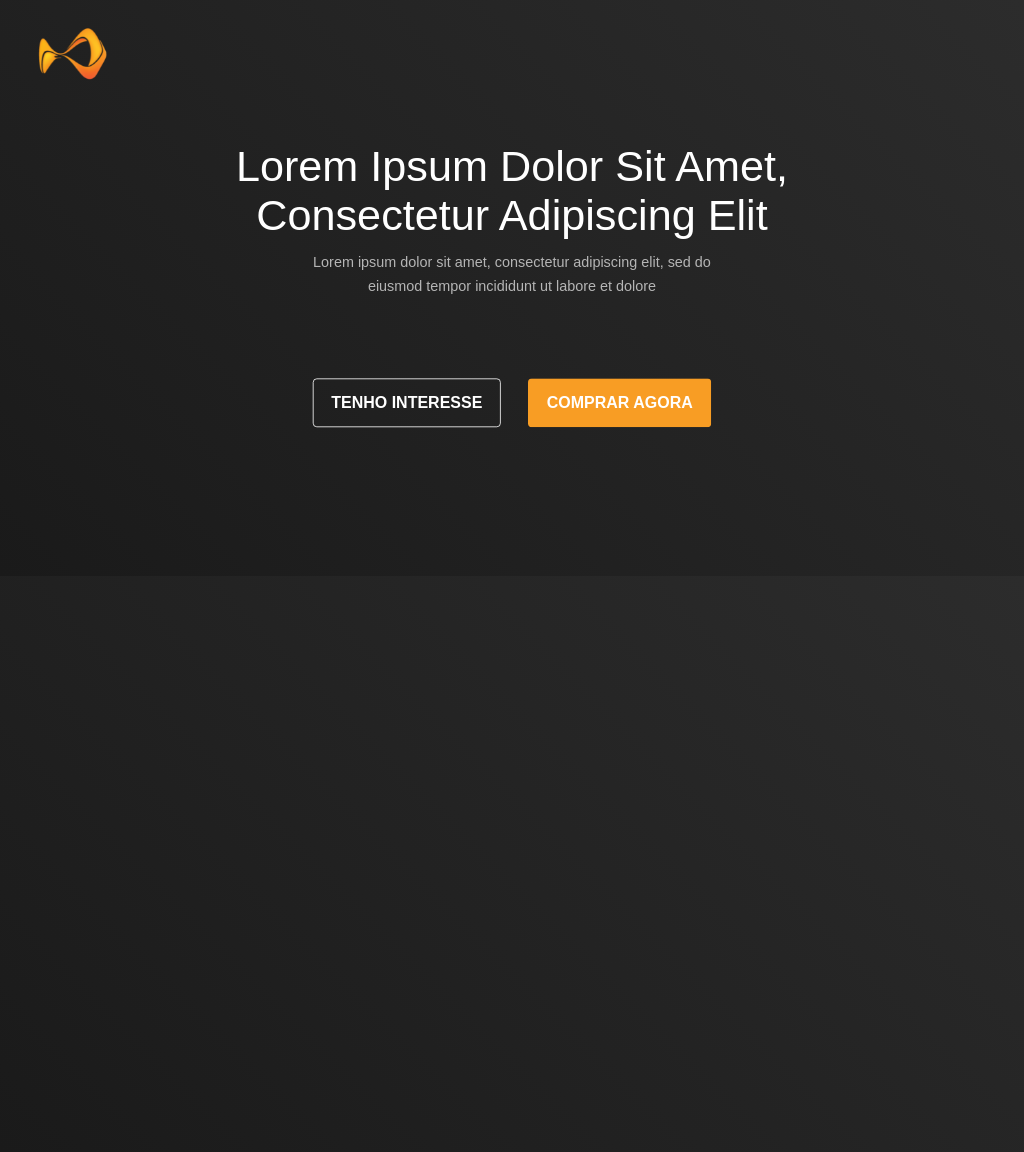
Repository: Rafael-Araujo-dev/Treinamento-Raccoon
Page: Projeto-2/index.html
These files come from the project's save history. The page is drawn as it stood at one moment and after a run of saves; the edit follows.
The browser window is 1280 px wide. The pictures show the whole page, at 80% of full size.
Some web fonts or font styles are not loaded; a fallback is used.

Above is the page before, as saved 2021-09-23 07:46:26.

### Projeto-2/index.html
<!DOCTYPE html>
<html>
    <head>
        <title></title>
        <meta charset="utf-8"/>
        <meta name="viewport" content="width=device-width,initial-scale=1.0,maximum-scale=1.0">
        <link rel="preconnect" href="https://fonts.googleapis.com">
        <link rel="preconnect" href="https://fonts.gstatic.com" crossorigin>
        <link href="https://fonts.googleapis.com/css2?family=Yantramanav:wght@300;400;700&display=swap" rel="stylesheet">
        <link rel="stylesheet" href="css/style.css"/>
    </head>
    <body>
        <section class="hero-section">
            <div class="hero-header">
                <img class="logo" src="images/LOGOSYNAPSE_simbolo_laranja.png"/>
            </div>
            <div class="hero-container">
                <div class="hero-title">
                    Lorem ipsum dolor sit amet,<br>
                    consectetur adipiscing elit
                </div>
                <div class="hero-text">
                    Lorem ipsum dolor sit amet, consectetur adipiscing elit, sed do eiusmod tempor incididunt ut labore et dolore
                </div>
            </div>
            <div class="hero-btn-group">
                <button class="btn secondary">
                    Tenho interesse
                </button>
                <button class="btn primary">
                    Comprar agora
                </button>
            </div>
        </section>

        <section class="course-summary">

        </section>

    </body>
</html>

### Projeto-2/css/style.css
* {
    margin: 0;
    padding: 0;
    box-sizing: border-box;
    font-family: 'Yantramanav', sans-serif;
}

.btn {
    font-size: 20px;
    text-transform: uppercase;
    padding: 18px 22px;
    margin: 0px 15px 24px 15px;
    font-weight: bold;
}

@media (max-width: 890px) {
    .btn {
        font-size: 20px;
    }
}

@media (max-width: 645px) {
    .btn {
        font-size: 17px;
    }
}

@media (max-width: 500px) {
    .btn {
        font-size: 16px;
    }
}

.btn.primary {
    background-color: #F89D24;
    border: 1px solid transparent;
    border-radius: 5px;
    color: #FFF;
}

.btn.secondary {
    background-color: transparent;
    border: 1px solid #FFF;
    border-radius: 5px;
    color: #FFF;
}

.hero-section {
    background: rgb(26,26,26);
    background: linear-gradient(45deg, rgba(26,26,26,1) 0%, rgba(44,44,44,1) 100%);
    min-height: 100vh;
    display: flex;
    flex-direction: column;
    justify-content: space-around;
}

.hero-header .logo {
    margin-left: 3.15%;
    margin-top: 2%;
    width: 12.1%;
    max-width: 100px;
}

.hero-container {
    position: relative;
    margin: auto;
    display: flex;
    flex-direction: column;
    flex-wrap: wrap;
}

@media (max-width: 1240px) {
    .hero-container {
        width: 60%;
    }
}

@media (max-width: 1028px) {
    .hero-container {
        width: 70%;
    }
}

@media (max-width: 890px) {
    .hero-container {
        width: 80%;
    }
}

.hero-title, .hero-text {
    color: #FFFFFF;
    text-align: center;
}

.hero-title {
    font-size: 54px;
    /* margin-top: 15.5vh; */
    text-transform: capitalize;
}

@media (max-width: 890px) {
    .hero-title {
        /* margin-top: 14%; */
        font-size: 45px;
    }
}

@media (max-width: 645px) {
    .hero-title {
        /* margin-top: 8%; */
        font-size: 40.5px;
    }
}

@media (max-width: 500px) {
    .hero-title {
        /* margin-top: 0%; */
    }
}

.hero-text {
    color: #B5B5B5;
    font-size: 18px;
    width: 60%;
    margin-top: 1.8vh;
    line-height: 30px;
    align-self: center;
    margin-bottom: 35px;
}

@media (max-width: 1024px) {
    .hero-text {
        width: 80%;
    }
}

@media (max-width: 890px) {
    .hero-text {

        font-size: 15px;
        width: 50%;
    }
}

@media (max-width: 645px) {
    .hero-text {

        font-size: 13.5px;
        width: 80%;
    }
}

@media (max-width: 500px) {
    .hero-text {
        /* margin-top: 5%; */
        width: 100%;
    }
}

.hero-btn-group {
    margin-bottom: 22.5vh;
    text-align: center;
}

.course-summary {
    background: rgb(26,26,26);
    background: linear-gradient(45deg, rgba(26,26,26,1) 0%, rgba(44,44,44,1) 100%);
    min-height: 100vh;
}

After the next 2 saves:
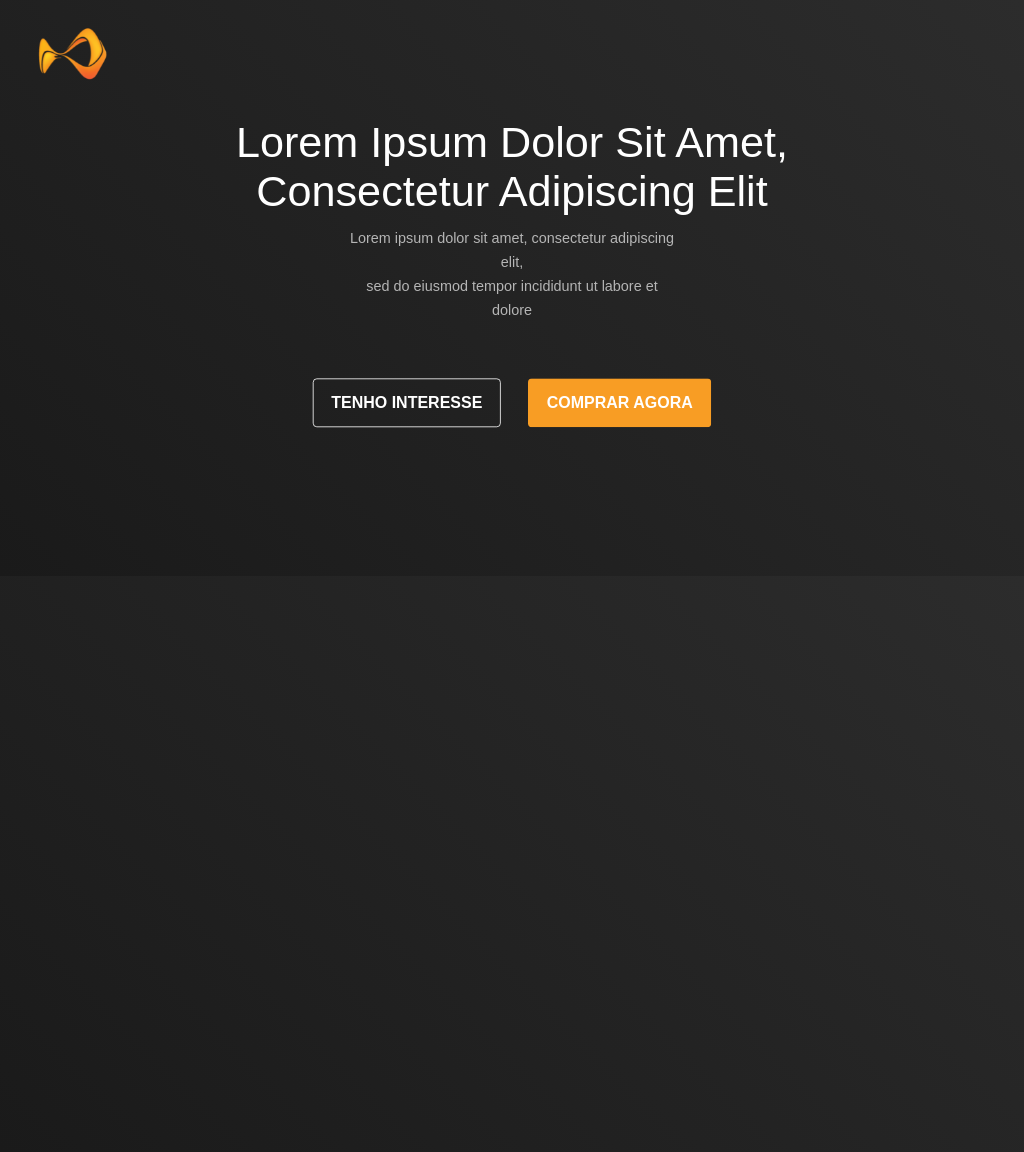
The 2 saves are shown as one change because they came seconds apart.
The last was saved 44 s later.
--- a/Projeto-2/index.html
+++ b/Projeto-2/index.html
@@ -20,7 +20,7 @@
                     consectetur adipiscing elit
                 </div>
                 <div class="hero-text">
-                    Lorem ipsum dolor sit amet, consectetur adipiscing elit, sed do eiusmod tempor incididunt ut labore et dolore
+                    Lorem ipsum dolor sit amet, consectetur adipiscing elit,<br> sed do eiusmod tempor incididunt ut labore et dolore
                 </div>
             </div>
             <div class="hero-btn-group">

After the 2 saves that followed:
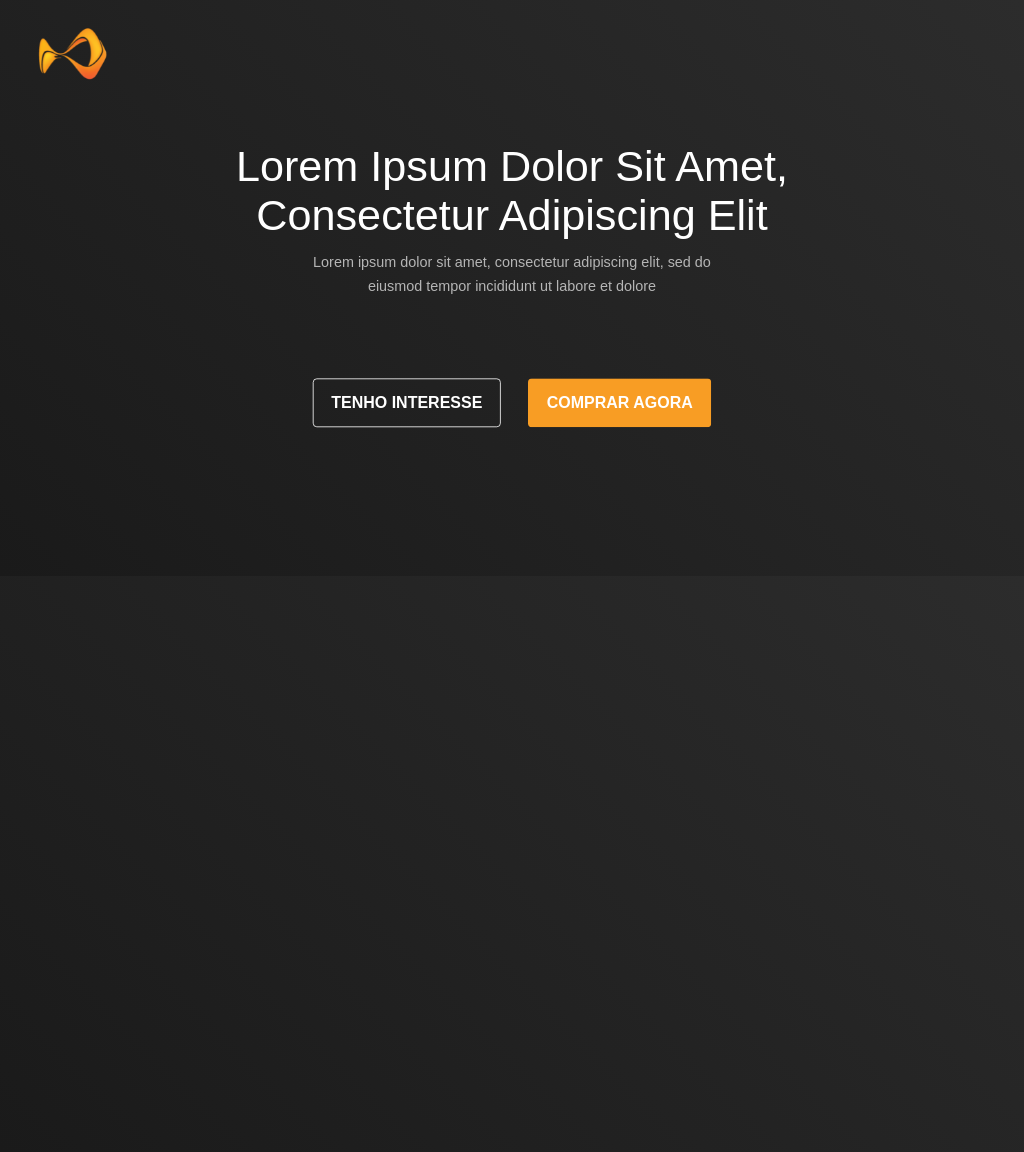
The 2 saves are shown as one change because they came seconds apart.
The last was saved 10 s later.
--- a/Projeto-2/index.html
+++ b/Projeto-2/index.html
@@ -20,7 +20,7 @@
                     consectetur adipiscing elit
                 </div>
                 <div class="hero-text">
-                    Lorem ipsum dolor sit amet, consectetur adipiscing elit,<br> sed do eiusmod tempor incididunt ut labore et dolore
+                    Lorem ipsum dolor sit amet, consectetur adipiscing elit, sed do eiusmod tempor incididunt ut labore et dolore
                 </div>
             </div>
             <div class="hero-btn-group">
